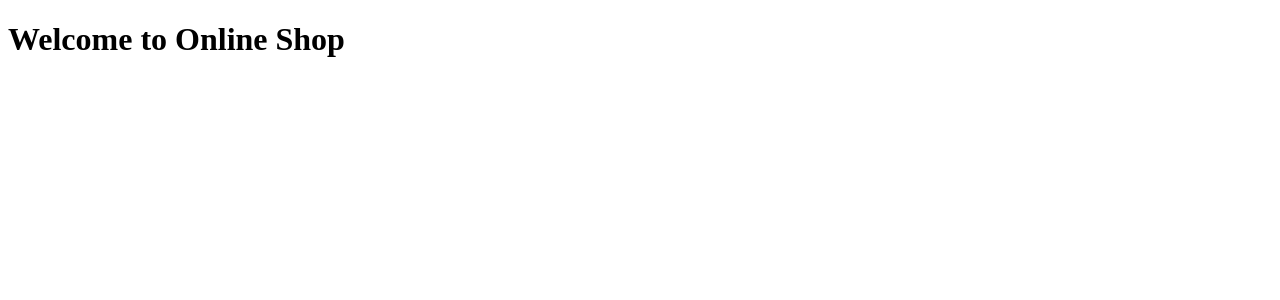
Repository: Jyoshika1263/Java-Training_Genpact
Page: shop/src/main/resources/static/index.html
An editor plug-in stored every save of this project. The page is shown before and after the next save, followed by the edit.
The browser window is 1280 px wide. The pictures show the whole page.

Above is the page before, as saved 2025-02-27 10:24:10.
Console error: TypeError: Cannot read properties of null (reading 'textContent')

### shop/src/main/resources/static/index.html
<!--
<!DOCTYPE html>
<html lang="en">
<head>
<meta charset="UTF-8">
<meta name="viewport" content="width=device-width, initial-scale=1.0">
<title>Welcome to javascript</title>
<style>
        body {
            font-family: Arial, sans-serif;
            margin: 20px;
        }
        h1 {
            color: #333;
        }
        table {
            width: 100%;
            border-collapse: collapse;
        }
        th, td {
            border: 1px solid #ddd;
            padding: 8px;
            text-align: left;
        }
        th {
            background-color: #f2f2f2;
        }
        tr:nth-child(even) {
            background-color: #f9f9f9;
        }
        tr:hover {
            background-color: #f1f1f1;
        }
</style>
</head>
<body>
<h1>Welcome to Online Book Shop</h1>
<table>
<tr>
<th>BookID</th>
<th>Title</th>
<th>Author</th>
<th>Price</th>
</tr>
<tr>
<td>1</td>
<td>Book1</td>
<td>author1</td>
<td>99</td>
</tr>
<tr>
<td>2</td>
<td>B</td>
<td>bb</td>
<td>500</td>
</tr>
<tr>
<td>3</td>
<td>C</td>
<td>cc</td>
<td>200</td>
</tr>
</table>
</body>
</html>
-->




<!--
<!DOCTYPE html>
<html lang="en">
<head>
    <meta charset="UTF-8">
    <meta name="viewport" content="width=device-width, initial-scale=1.0">
    <title>Book Form</title>
    <link rel="stylesheet" href="style.css">
</head>
<body>

<h2>Book form</h2>

<form action="/submit" method="post">
    <label for="name">Book Name:</label>
    <input type="text" id="name" name="name" required>

    <label for="email">Author:</label>
    <input type="email" id="email" name="email" required>

    <label for="message">Price:</label>
    <textarea id="message" name="message" rows="4" required></textarea>

    <button type="submit">Add book</button>
</form>

</body>
</html>
-->

<!DOCTYPE html>
<html>
<head>
<title> Online Book Shop </title>
</head>
<body>
<h1>Welcome to Online Shop</h1>
</body>
<script>

		/*function example(){
			let x=10;
			if(true){
				let  x =20
				console.log(x);
			}
			console.log(x);
		}
		example();
		*/
		function example1(){
			console.log(5 == '5');  // Equal to (Loose comparison) -> true (only checks value)
			console.log(5 === '5'); // Strict equal to -> false (checks type and value)

			console.log(5 != '5');  // Not equal -> false
			console.log(5 !== '5'); // Strict not equal -> true

			// Logical Operators
			console.log(5 > 3 && 5 > 2);  // AND (both conditions must be true) -> true
			console.log(5 > 3 || 5 < 2);  // OR (at least one condition is true) -> true
			console.log(!(5 > 3));        // NOT (negates the condition) -> false
			   let a = 10;
	            let b = 20;
	            let c = "20";
	            console.log('Arithmetic Operators:');
	            console.log('a + b =', a + b);
	            console.log('a - b =', a - b);
	            console.log('a * b =', a * b);
	            console.log('a / b =', a / b);
	            console.log('a % b =', a % b);
	            console.log('a++ =', a++);
	            console.log('++a =', ++a);
	            console.log('a-- =', a--);
	            console.log('--a =', --a);

			let name = "Tanuj";
		    console.log("Hello, " + name + " Welcome");

		    name = "Tanuj";
		    console.log(`Hello, ${name} Welcome`);

		    let text = "This is line1. \n" + "This is line2.";
		    console.log(text);

		    text = `This is line1.
					This is line2.`;
		    console.log(text);

		    let product = "Laptop";
		    let price = 55000;
		    console.log(`The price of ${product} is ${price}`);

		    let text1 = "JavaScript Learning..."

		    	console.log(text1.length); //->return string length
		    	console.log(text1.toUpperCase());
		    	console.log(text1.toLowerCase());
		    	console.log(text1.trim());
		    	console.log(text1.slice(2,10));
		    	console.log(text1.replace("Java","type"));
		    	//console.log(text.split(separator));
		    	console.log(text1.split(","));


		    	//index from 0
		    	//accesss array elemnts ->array

		    	//Array methods :
		    		//Array methods
    let numbers = [10, 20, 30, 40, 50];
    let gadgets = ["Laptop", "Smartphone", "TV"];
    console.log(gadgets[2]);

    gadgets.push("Earphone");
    console.log(gadgets);

    gadgets.pop();
    console.log(gadgets);

    gadgets.shift();
    console.log(gadgets);

    gadgets.unshift("Mic");
    console.log(gadgets);

    console.log(gadgets.indexOf("Smartphone"));
    console.log(gadgets.includes("Earphone"));

    console.log(gadgets.slice(1, 2));

    gadgets.splice(1, 2);
    console.log(gadgets);

    console.log(gadgets.join(" - "));

    gadgets.reverse();
    console.log(gadgets);

    gadgets.sort();
    console.log(gadgets);

    gadgets.forEach(gadget => console.log(gadget));

    let squaredNumbers = numbers.map(num => num * num);
    console.log(squaredNumbers);

		    	// console.log(gadgets.push("Earphone"));
		    	// console.log(gadgets.pop()); // ->remove last item ->
		    	// console.log(gadgets.shift()); //-> remove first item ->
		    	// console.log(gadgets.unshift("Mic")); // -> add item at beginning of array ->
		    	// console.log(gadgets.indexOf(2)); //-> find a index of value
		    	 //console.log(gadgets.includes(3)); // ->check if value exsist
		    	// console.log(gadgets.slice(1,3)); // ->return part of an array
		    	 //console.log(gadgets.splice(1,2)); // ->remove item ->gadgets(index,count) -> start from index1 and remove 2 elemts
		    	// console.log(gadgets.join("-")); //.join(separator) ->convert array into string ->
		    	// console.log(gadgets.reverse()); // -> reverse array
		    	 //console.log(gadgets.sort()); // ->sort array

		    	//looping through array

		    	//->using for Each
		    	gadgets.forEach((gadget) => console.log(gadget));

		    	//->map() ->return s new arrays
		    	num=1;
		    	let squarednumbers = numbers.map(num => num*num);
		    	// Deleting a property from an object
		    	let person = {
		    	    name: "John",
		    	    age: 30,
		    	    hasVoterCard: true
		    	};

		    	delete person.hasVoterCard;
		    	console.log(person);  // { name: "John", age: 30 }

		    	// Objects can have functions as properties
		    	let user = {
		    	    name: "Tanuj",
		    	    greet: function() {
		    	console.log(`Hello, my name is ${this.name}`);
		    	    }
		    	};

		    	user.greet();  // Output: Hello, my name is Tanuj

		    	// Object Destructuring (ES6)
		    	// Extract object properties using shorter syntax
		    	let personData = { name1: "Ajay", age: 25, city: "Delhi" };
		    	let { name1, age, city } = personData;
		    	console.log(age);  // Output: 25

		    	// Object Spread Operator (ES6)
		    	// Used for copying or merging objects

		    	// Copy objects
		    	let obj1 = { a: 12, b: 15 };
		    	let obj2 = { ...obj1, c: 20 };
		    	console.log(obj2);  // Output: { a: 12, b: 15, c: 20 }

		    	// Merge objects
		    	let userP = { name2: "Tanuj", age: 25 };
		    	let userLoc = { city: "MP", country: "India" };
		    	let userAll = { ...userP, ...userLoc };

		    	console.log(userAll);
		    	// Output: { name: "Tanuj", age: 25, city: "MP", country: "India" }
		    	for (let key in person) {
		            console.log(key + ": " + person[key]);
		        }

		        for (let gadget of gadgets) {
		            console.log(gadget);
		        }

		        for (let number of numbers) {
		            console.log(number);
		        }



		        const add = function(a, b) {
		            return a + b;
		        };
		        console.log(add(4, 5));

		        const multiply = (x, y) => x * y;
		        console.log(multiply(12, 23));

		        const cube = x => x * x * x;
		        console.log(cube(5));

		        const greet = (name) => {
		            let message = `Hello, ${name}, Welcome`;
		            return message;
		        };
		        console.log(greet("Tanuj"));

		        // Higher Order Function (HOF)
		        const hofExample = (fn, x, y) => {
		            return fn(x, y);
		        };
		        console.log(hofExample(add, 4, 5));

		        // Object with function as property
		        let user2 = {
		            name: "Tanuj",
		            greet: function() {
		                console.log(`Hello, my name is ${this.name}`);
		            }
		        }


		// HotelManagementSystem

		// Sample hotel rooms data
		const hotelRooms = [
		    { type: "standard", price: 5000, available: true },
		    { type: "deluxe", price: 10000, available: true },
		    { type: "suite", price: 15000, available: false },
		    { type: "presidential", price: 20000, available: true }
		];

		// Function to find available rooms based on price range
		function findAvailableRooms(rooms, minPrice, maxPrice) {
		    return rooms.filter(room =>
		        room.available && room.price >= minPrice && room.price <= maxPrice
		    ).map(room => ({
		        type: room.type,
		        price: room.price
		    }));
		}

		// Function call
		const availableRooms = findAvailableRooms(hotelRooms, 5000, 15000);
		console.log(availableRooms);

		// ShoppingCart

		// Sample cart items data
		const cartItems = [
		    { name: "Phone", price: 55000, quantity: 1 },
		    { name: "Bottle", price: 1500, quantity: 2 },
		    { name: "Keyboard", price: 3000, quantity: 1 }
		];

		// Function to generate receipt
		function generateReceipt(cart) {
		    let total = 0;
		    console.log("Receipt:");
		     console.log("------------------------------");
		     cart.forEach(item => {
		         const itemTotal = item.price * item.quantity;
		         console.log(`${item.name} - Price: ₹${item.price}, Quantity: ${item.quantity}, Total: ₹${itemTotal}`);
		         total += itemTotal;
		     });

		     console.log("------------------------------");
		     console.log(`Total Price: ₹${total}`);
		}

		generateReceipt(cartItems);

		// Student Report Card

		// Sample student data
		// Creating a constant object with student data
        const studentData = [
            {
                name: "Jyoshika",
                marks: { math: 85, science: 90, english: 88 }
            },
            {
                name: "Sanjana",
                marks: { math: 78, science: 82, english: 80 }
            },
            {
                name: "Neelima",
                marks: { math: 92, science: 95, english: 94 }
            },
            {
                name: "Amrutha",
                marks: { math: 70, science: 75, english: 72 }
            }
        ];

        // Function to generate report card for a student
        function generateReportCard(student) {
            let { name, marks } = student;
            let totalMarks = marks.math + marks.science + marks.english;
            let averageMarks = totalMarks / 3;
            let percentage = (totalMarks / 300) * 100;

            console.log(`Report card for ${name}:`);
            console.log(`Total marks: ${totalMarks}`);
            console.log(`Average marks: ${averageMarks}`);
            console.log(`Percentage: ${percentage}%`);
        }

        // Generating report cards for all students
        studentData.forEach(student => generateReportCard(student));

     // Select elements by ID
        const heading = document.getElementById('heading');
        console.log(heading.textContent); // Welcome to J5

        // Select elements by class
        const messages = document.getElementsByClassName('message');

        // Select elements by tag name
        const hiHeadings = document.getElementsByTagName('h1');

        // QuerySelector - finds the first matching element
        const headingSelector = document.querySelector('#heading'); // Select by ID
        const messageSelector = document.querySelector('.message'); // Select by class

        // Modifying DOM Elements

        // Change text content
        headingSelector.textContent = "New Content";

        // Change inner HTML
        const headingP = document.querySelector('.message');
        headingP.innerHTML = "<strong>New Content</strong>";

        // Disable and enable button
        const button = document.querySelector('#btn');
        button.setAttribute('disabled', 'true'); // Disable the button
        // To enable the button, use the line below:
        // button.removeAttribute('disabled');

		}
		example1();







</script>
</html>

After the next save:
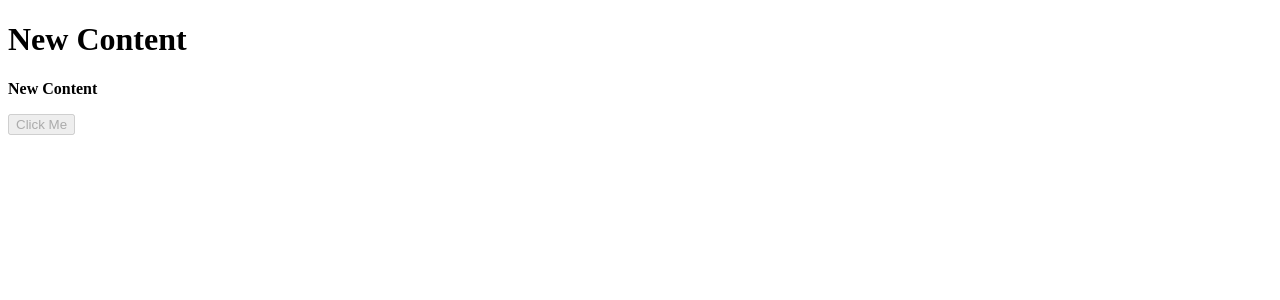
The error is gone.
Saved 7 min 28 s later.
--- a/shop/src/main/resources/static/index.html
+++ b/shop/src/main/resources/static/index.html
@@ -104,7 +104,9 @@
 <title> Online Book Shop </title>
 </head>
 <body>
-<h1>Welcome to Online Shop</h1>
+<h1 id='heading'> Welcome to JavaScript</h1>
+<p class="message"> Welcome to javaScript </p>
+<button id='btn'>Click Me</button>
 </body>
 <script>
 
@@ -442,11 +444,5 @@
 		}
 		example1();
 
-
-
-
-
-
-
 </script>
 </html>
